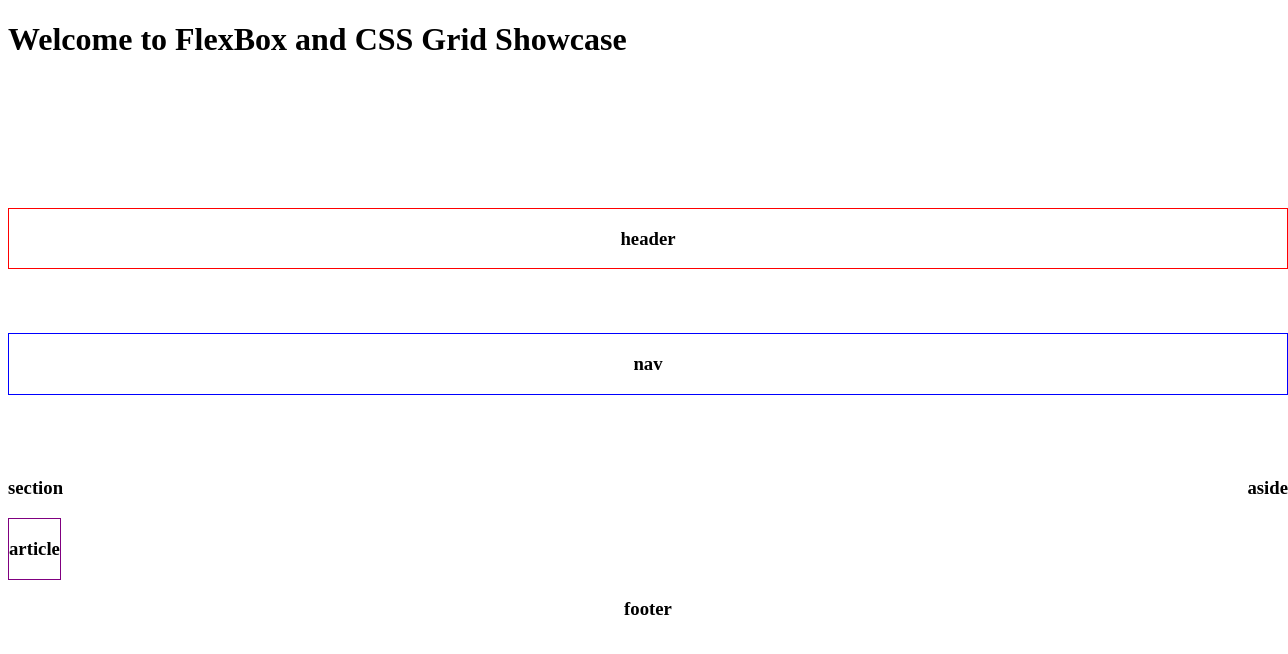
Repository: Awhit-commits/CSS_GRID_AND_FLEXBOX_LESSON
Page: index.html
These files come from the project's save history. The page is drawn as it stood at one moment and after a run of saves; the edit follows.
The browser window is 1280 px wide. The page is 1288 px wide, so the pictures cover 1288 px, including what lies to the right of the window. The pictures show the whole page.

Above is the page before, as saved 2020-12-21 18:28:51.

### index.html
<!DOCTYPE html>
<html lang="en">

<head>
    <meta charset="UTF-8">
    <meta name="viewport" content="width=device-width, initial-scale=1.0">
    <title>Document</title>
    <link rel="stylesheet" href="style.css">
</head>

<body>
    <h1>Welcome to FlexBox and CSS Grid Showcase</h1>
    <div class="containerFlex">
        <div class="headerArea">
            <div class="header">
                <h3>header</h3>

            </div>
            <div class="nav">
                <h3>nav</h3>
            </div>
        </div>
        <div class="main">
            <div class="mainArea">
            <div class="section">
                <h3>section</h3>
            </div>
            <div class="article">
                <h3>article</h3>
            </div>
            </div>

            <div class="aside">
                <h3>aside</h3>
            </div>
        </div>
        <div class="footer">
            <h3>footer</h3>
        </div>
    </div>
    <script src="script.js"></script>
</body>

</html>

### style.css
body{
    width: 100%;
}
.containerFlex {
    display: flex;
    flex-direction: column;
    /* flex-wrap: nowrap; */
    /* justify-content: space-between; */
    text-align: center;
    /* text-align: center; */

}

.main{
    /* align-self: start; */

    display: flex;
    flex-direction:row;
    /* flex-grow: 1; */
    flex: 1 1 auto;
    /* width: 100%; */

}
.headerArea{
    /* display: flex; */
    /* flex-direction: column; */
    /* justify-content:center */
    /* width: 100%; */

}
.mainArea{
    display: flex;
    flex-direction: column;
    width:100%;
    align-items:flex-start;
    text-align: center;
    /* flex: 2 auto; */
}
.header{
    /* flex: 1 1 auto; */
    /* padding: 10%; */
    margin-top: 10%;
    border: 1px solid red;
    /* width: 100%; */
}

.nav{
    /* flex: 1 auto; */
    margin:5% 0;
    /* padding:10%; */
    border: 1px solid blue;
    /* width: 100%; */
}

.article{
    border: 1px purple solid;
    margin: 10 0;
}
.aside{
    /* display: flex; */
    /* align-items:center; */
    align-items:center;
    /* text-align: center; */
    justify-content:flex-end;
    /* margin-right: 10%; */


}


.footer{
    display: flex;
    align-items: center;
    flex-direction: column;
}

### script.js
console.log(`Hello World`);

After the next 2 saves:
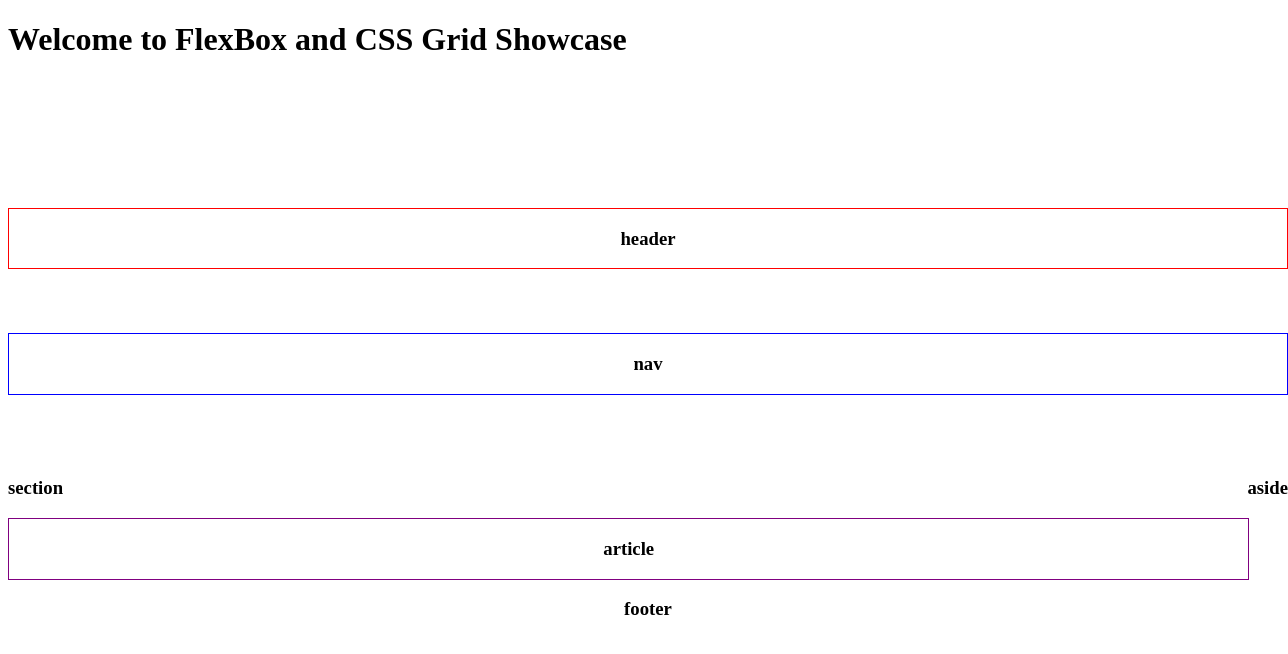
The 2 saves are shown as one change because they came seconds apart.
The last was saved 7 s later.
--- a/style.css
+++ b/style.css
@@ -54,7 +54,7 @@ body{
 
 .article{
     border: 1px purple solid;
-    margin: 10 0;
+    width: 100%;
 }
 .aside{
     /* display: flex; */
